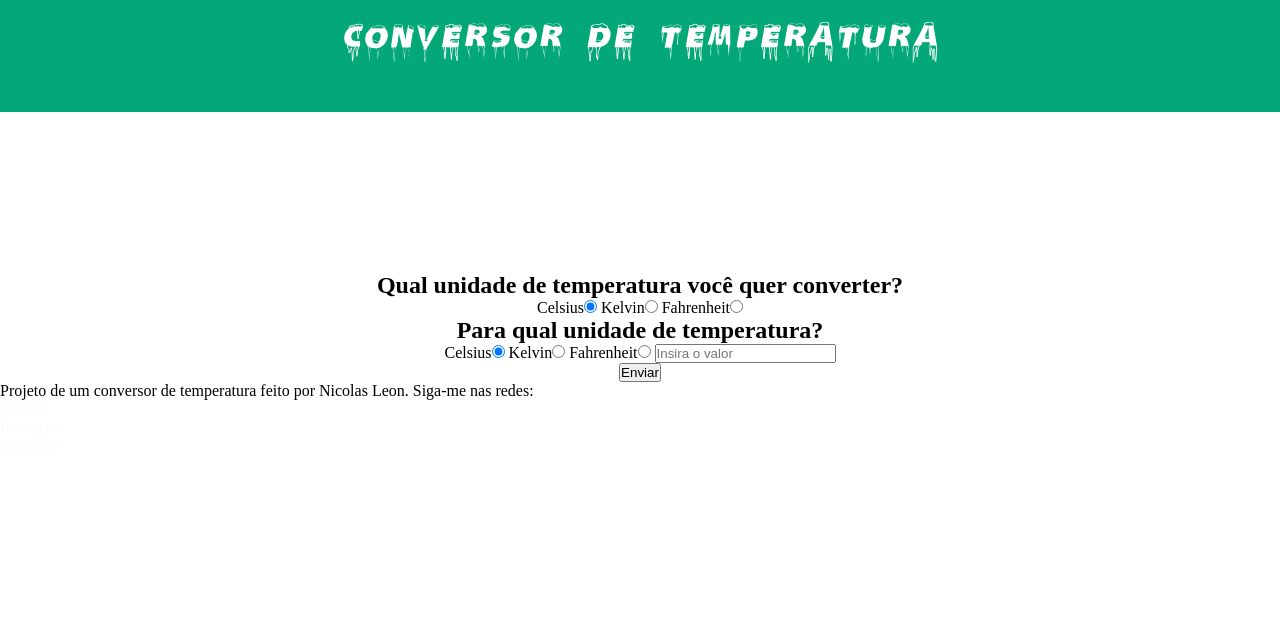
Repository: Leonngc/Conversor-de-temperatura
Page: index.html
These files come from the project's save history. The page is drawn as it stood at one moment and after the next save; the edit follows.
The browser window is 1280 px wide. The pictures show the whole page.
Some icons come from a web library that is not loaded, so they are not drawn.

Above is the page before, as saved 2023-02-10 23:18:20.

### index.html
<!DOCTYPE html>
<html lang="pt-br">
<head>
    <meta charset="UTF-8">
    <meta http-equiv="X-UA-Compatible" content="IE=edge">
    <meta name="viewport" content="width=device-width, initial-scale=1.0">
    <link rel='stylesheet' href='https://cdn-uicons.flaticon.com/uicons-bold-straight/css/uicons-bold-straight.css'>
    <link rel="stylesheet" href="style.css">
    <title>Conversor de temperatura</title>
</head>
<body>
    <header>
        <h1>Conversor de Temperatura</h1>
        <button id="menu-button"><i class="fi fi-bs-menu-burger"></i></button>

        <menu>
            <ul id="links-menu">
                <li><a href="">Sobre a página</a></li>
                <li><a href="">História</a></li>
                <li><a href="">Outros Projetos</a></li>
            </ul>
        </menu>
    </header>

    <main>
       <form>
        <h2>Qual unidade de temperatura você quer converter?</h2>
        <label for="celsius">Celsius</label><input type="radio" name="unidade" id="celsius" checked>
        <label for="kelvin">Kelvin</label><input type="radio" name="unidade" id="kelvin">
        <label for="fahrenheit">Fahrenheit</label><input type="radio" name="unidade" id="fahrenheit">
        <br>
       </form>
       <form>
        <h2>Para qual unidade de temperatura?</h2>
        <label for="cel-res">Celsius</label><input type="radio" name="unidade" id="celsius" checked>
        <label for="kelvin">Kelvin</label><input type="radio" name="unidade" id="kel-res">
        <label for="fahrenheit">Fahrenheit</label><input type="radio" name="unidade" id="fah-res">
        <input type="number" name="graus" id="graus" placeholder="Insira o valor">
       </form>
       <button id="submit">Enviar</button>
    </main>

    <footer>
        <p>Projeto de um conversor de temperatura feito por Nicolas Leon. Siga-me nas redes: </p>
        <ul>
            <li><a href="">Github</a></li>
            <li><a href="">Instagram</a></li>
            <li><a href="">Linkedin</a></li>
        </ul>
    </footer>
</body>
</html>

### style.css
@charset "UTF-8";
@import url('https://fonts.googleapis.com/css2?family= Dosis:wght@300 & display = swap');
@font-face {
    font-family: Title;
    src: url(fonts/IceCaps.ttf);
}

:root{
    --yellow: #F7FF58;
    --snow: #FBFBFF;
    --blackout: #040F16;
    --dosis: 'Dosis', sans-serif;
    --contrail:'Contrail One', cursive;
}

*{
    margin: 0;
    padding: 0;
    box-sizing: border-box;
}

header{
    background-color: #04A777;
    margin-bottom: 160px;
    max-width: 100vw;
    color: white;
}

header > h1{
    font-family: Title, sans-serif;
    font-weight: lighter;
    text-align: center;
    font-size: 45px;
    padding: 22px;
}

menu{
    background-color: #05C78D;
    padding: 20px;
    max-width: 100vw;
    display: none;
}

menu > ul{
    margin-left: 20px;
    font-size: 20px;
    font-family: var(--dosis);
    font-weight: bold;
    color: white;
}

menu > ul > li{
    padding: 5px;
}

li > a{
    text-decoration: none;
    color: #FBFBFF;
}

li > a:hover{
    color: #03583e;
    text-decoration: underline;
}

#menu-button{
    background-color: #03583e00;
    border: none;
    color: white;
    font-size: 40px;
    margin-left: 15px;
    margin-bottom: 12px;
}

main{
    text-align: center;
}

main > div{
    margin: 100px;
}

After the next save:
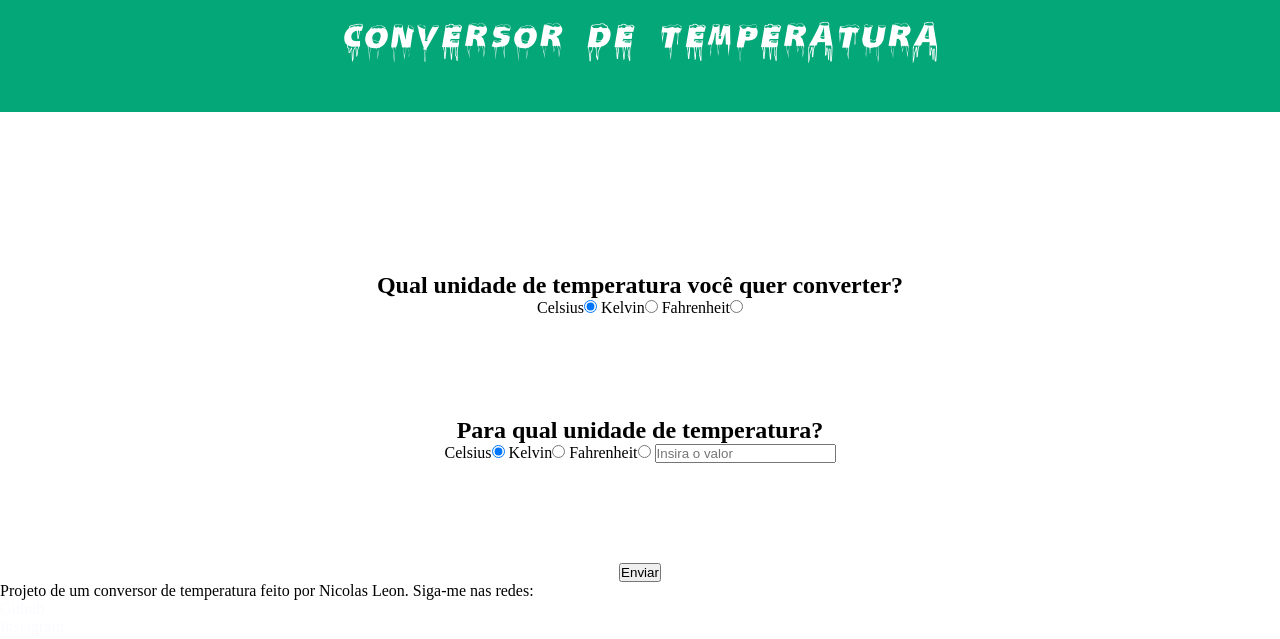
Saved 24 s later.
--- a/style.css
+++ b/style.css
@@ -76,6 +76,6 @@ main{
     text-align: center;
 }
 
-main > div{
+form{
     margin: 100px;
 }
